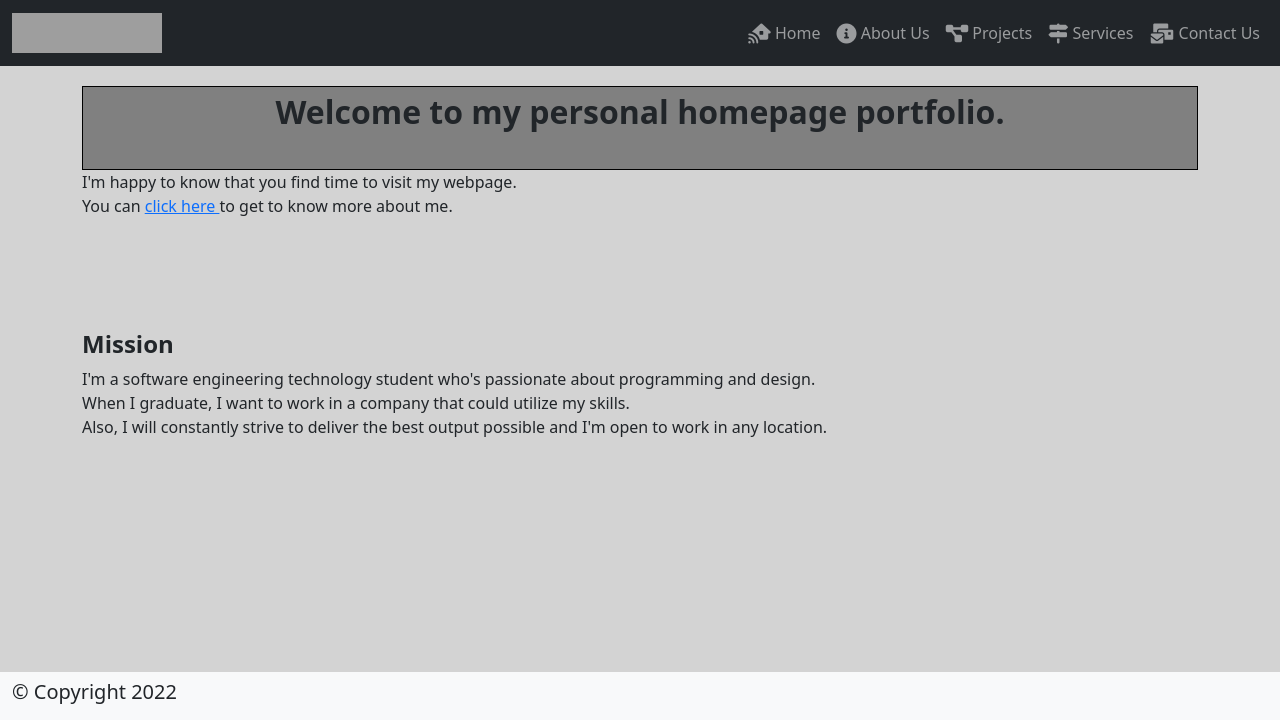
Repository: acarino4/Express-Portfolio-Site
Page: http://localhost/
An editor plug-in stored every save of this project. The page is shown before and after the next save, followed by the edit.
The browser window is 1280 px wide. The pictures show the whole page.
Pictures or frames that could not be fetched are drawn as grey boxes. The page is served by the project's Node server (server.js).

Above is the page before, as saved 2022-10-08 18:53:28.

After the next save:
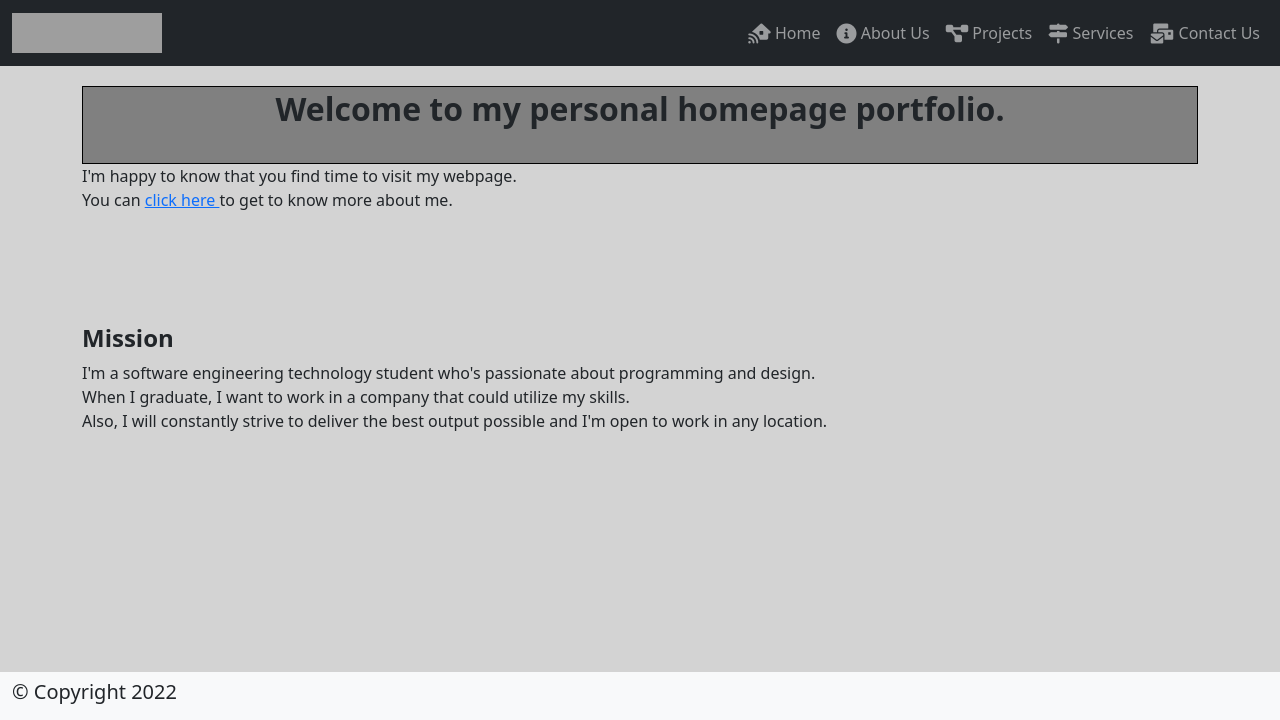
Saved 23 s later.
--- a/Server/Views/content/home.ejs
+++ b/Server/Views/content/home.ejs
@@ -12,7 +12,7 @@
         }
         .div1 {
             border: 1px solid black;
-            padding: 6px;
+            padding: 3px;
             background-color: grey;
             text-align: center;
 

After the save that followed:
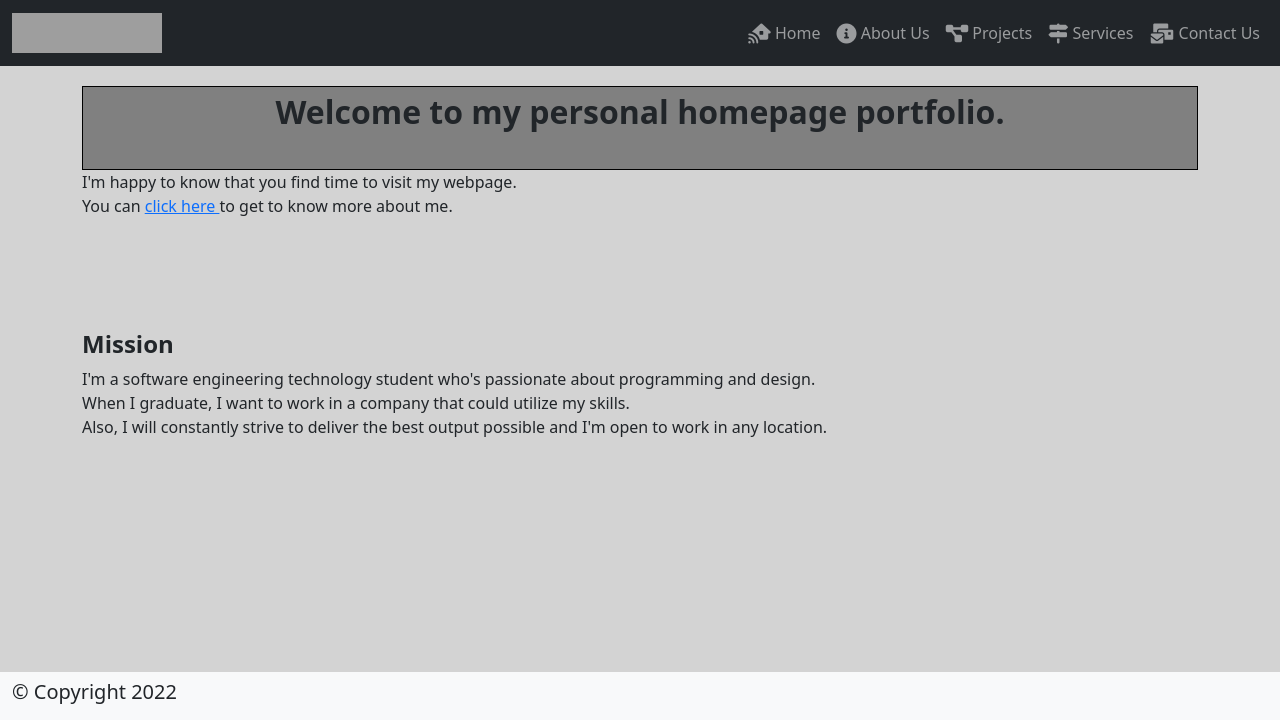
Saved 4 s later.
--- a/Server/Views/content/home.ejs
+++ b/Server/Views/content/home.ejs
@@ -12,7 +12,7 @@
         }
         .div1 {
             border: 1px solid black;
-            padding: 3px;
+            padding: 6px;
             background-color: grey;
             text-align: center;
 
